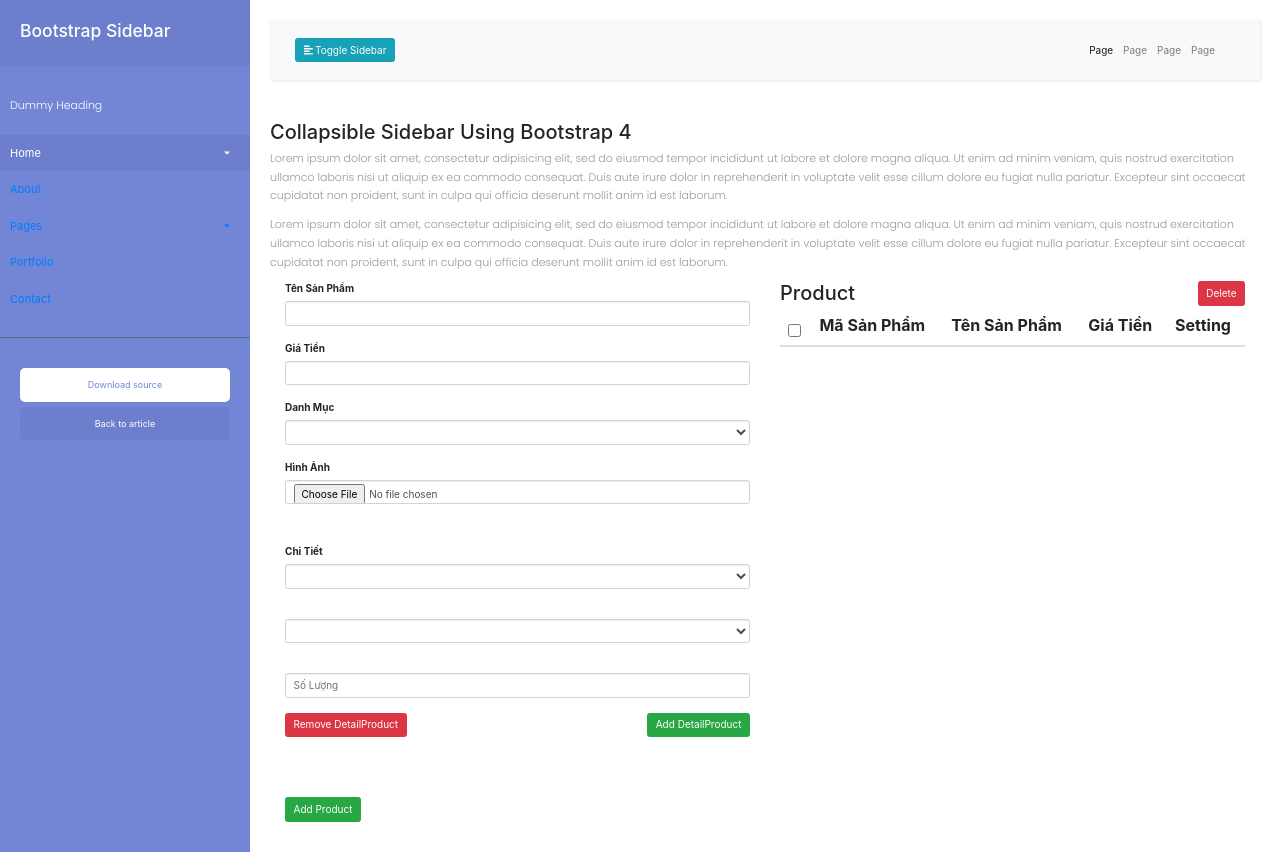
Repository: tiendungnguyen738/shoponline
Page: http://localhost/shoponline/WEB-INF/views/Product_Admin.jsp
The author's editor kept a copy of each file at every save. The page is drawn from the files as they stood at one save, then again after the next save.
The browser window is 1280 px wide. The pictures show the whole page.
Some web libraries are served in a nearby version. The page is served by Tomcat 9. Nobody is signed in. Other server files are loaded and not shown. The template is opened directly, without the code that normally fills it, so the values that code supplies are empty.

Above is the page before, as saved 2019-09-24 13:22:54.

### shoponline/src/main/webapp/WEB-INF/views/Product_Admin.jsp
<%@ taglib prefix="c" uri="http://java.sun.com/jsp/jstl/core" %>
<%@ page contentType="text/html;charset=UTF-8" language="java" %>

<html>
<head>
    <title>Product-Manage</title>
    <meta charset="utf-8">
    <link rel="stylesheet" href="https://maxcdn.bootstrapcdn.com/bootstrap/3.4.0/css/bootstrap.min.css">
   	<link rel="stylesheet" href="<c:url value='/resources/admin/product-admin.css'/>"/>
   	<link rel="stylesheet" href="<c:url value='/resources/admin/style.css'/>"/>

   	<meta name="viewport" content="width=device-width, initial-scale=1.0">
    <meta http-equiv="X-UA-Compatible" content="IE=edge">

    <link rel="stylesheet" href="https://stackpath.bootstrapcdn.com/bootstrap/4.1.0/css/bootstrap.min.css" integrity="sha384-9gVQ4dYFwwWSjIDZnLEWnxCjeSWFphJiwGPXr1jddIhOegiu1FwO5qRGvFXOdJZ4" crossorigin="anonymous">
    <script defer src="https://use.fontawesome.com/releases/v5.0.13/js/solid.js" integrity="sha384-tzzSw1/Vo+0N5UhStP3bvwWPq+uvzCMfrN1fEFe+xBmv1C/AtVX5K0uZtmcHitFZ" crossorigin="anonymous"></script>
    <script defer src="https://use.fontawesome.com/releases/v5.0.13/js/fontawesome.js" integrity="sha384-6OIrr52G08NpOFSZdxxz1xdNSndlD4vdcf/q2myIUVO0VsqaGHJsB0RaBE01VTOY" crossorigin="anonymous"></script>

</head>
<body>
    <div class="wrapper">
			<nav id="sidebar">
            <div class="sidebar-header">
                <h3>Bootstrap Sidebar</h3>
            </div>

            <ul class="list-unstyled components">
                <p>Dummy Heading</p>
                <li class="active">
                    <a href="#homeSubmenu" data-toggle="collapse" aria-expanded="false" class="dropdown-toggle">Home</a>
                    <ul class="collapse list-unstyled" id="homeSubmenu">
                        <li>
                            <a href="#">Home 1</a>
                        </li>
                        <li>
                            <a href="#">Home 2</a>
                        </li>
                        <li>
                            <a href="#">Home 3</a>
                        </li>
                    </ul>
                </li>
                <li>
                    <a href="#">About</a>
                </li>
                <li>
                    <a href="#pageSubmenu" data-toggle="collapse" aria-expanded="false" class="dropdown-toggle">Pages</a>
                    <ul class="collapse list-unstyled" id="pageSubmenu">
                        <li>
                            <a href="#">Page 1</a>
                        </li>
                        <li>
                            <a href="#">Page 2</a>
                        </li>
                        <li>
                            <a href="#">Page 3</a>
                        </li>
                    </ul>
                </li>
                <li>
                    <a href="#">Portfolio</a>
                </li>
                <li>
                    <a href="#">Contact</a>
                </li>
            </ul>

            <ul class="list-unstyled CTAs">
                <li>
                    <a href="https://bootstrapious.com/tutorial/files/sidebar.zip" class="download">Download source</a>
                </li>
                <li>
                    <a href="https://bootstrapious.com/p/bootstrap-sidebar" class="article">Back to article</a>
                </li>
            </ul>
        </nav>
            <div id="content">

            <nav class="navbar navbar-expand-lg navbar-light bg-light">
                <div class="container-fluid">

                    <button type="button" id="sidebarCollapse" class="btn btn-info">
                        <i class="fas fa-align-left"></i>
                        <span>Toggle Sidebar</span>
                    </button>
                    <button class="btn btn-dark d-inline-block d-lg-none ml-auto" type="button" data-toggle="collapse" data-target="#navbarSupportedContent" aria-controls="navbarSupportedContent" aria-expanded="false" aria-label="Toggle navigation">
                        <i class="fas fa-align-justify"></i>
                    </button>

                    <div class="collapse navbar-collapse" id="navbarSupportedContent">
                        <ul class="nav navbar-nav ml-auto">
                            <li class="nav-item active">
                                <a class="nav-link" href="#">Page</a>
                            </li>
                            <li class="nav-item">
                                <a class="nav-link" href="#">Page</a>
                            </li>
                            <li class="nav-item">
                                <a class="nav-link" href="#">Page</a>
                            </li>
                            <li class="nav-item">
                                <a class="nav-link" href="#">Page</a>
                            </li>
                        </ul>
                    </div>
                </div>
            </nav>

            <h2>Collapsible Sidebar Using Bootstrap 4</h2>
            <p>Lorem ipsum dolor sit amet, consectetur adipisicing elit, sed do eiusmod tempor incididunt ut labore et dolore magna aliqua. Ut enim ad minim veniam, quis nostrud exercitation ullamco laboris nisi ut aliquip ex ea commodo consequat. Duis aute irure dolor in reprehenderit in voluptate velit esse cillum dolore eu fugiat nulla pariatur. Excepteur sint occaecat cupidatat non proident, sunt in culpa qui officia deserunt mollit anim id est laborum.</p>
            <p>Lorem ipsum dolor sit amet, consectetur adipisicing elit, sed do eiusmod tempor incididunt ut labore et dolore magna aliqua. Ut enim ad minim veniam, quis nostrud exercitation ullamco laboris nisi ut aliquip ex ea commodo consequat. Duis aute irure dolor in reprehenderit in voluptate velit esse cillum dolore eu fugiat nulla pariatur. Excepteur sint occaecat cupidatat non proident, sunt in culpa qui officia deserunt mollit anim id est laborum.</p>


            <div class="col-md-6 col-sm-12 form-group">
                <form id="form-sanpham">
                    <label>Tên Sản Phẩm</label>
                    <input type="text" class="form-control" id="tenSanPham" name="tenSanPham"></br>

                    <label>Giá Tiền</label>
                    <input type="text" class="form-control" id="giaTien" name="giaTien"></br>

                    <label for="danhmucsanpham">Danh Mục</label><br>
                    <select id="danhmucsanpham" name="danhmucsanpham" class="form-control">
                       <c:forEach items="${categoryList}" var="categoryList">
                            <option value="${categoryList.category_id}">${categoryList.category_name}</option>
                        </c:forEach>
                    </select><br/>

                    <label>Hình Ảnh</label>
                    <input type="file" class="form-control" id="uploadhinhanh" name="uploadhinhanh"></br>
					<br/>
                </form>
                    <div id="containerChitietsanpham">

                        <div class="chitietsanpham">
                            <label>Chi Tiết</label></br>

                            <select name="size" class="form-control">
                                 <c:forEach items="${sizeList}" var="sizeList">
                                    <option value="${sizeList.id}">${sizeList.sizeName}</option>
                                </c:forEach>
                            </select></br></br>

                            <select name="mau" class="form-control">
                                 <c:forEach items="${colorList}" var="colorList">
                                    <option value="${colorList.id}">${colorList.colorName}</option>
                                </c:forEach>
                            </select></br></br>

                            <input type="number" name="soluong" class="form-control" placeholder="Số Lượng"/></br>
                            <button type="button" class="btn btn-danger btn-remove" style="display: inline;">Remove DetailProduct</button>
                            <button type="button" class="btn btn-success btn-detail" style="float:right;display: inline;">Add DetailProduct</button></br>
                        </div></br></br>
                    </div>

                        <div class="chitietsanpham" id="idChiTietSanPham">
                            <label>Chi Tiết</label></br>

                            <select name="size" class="form-control" id="size1">
                                <c:forEach items="${sizeList}" var="sizeList">
                                    <option value="${sizeList.id}">${sizeList.sizeName}</option>
                                </c:forEach>
                            </select></br></br>

                            <select name="mau" class="form-control" id="mau1">
                                 <c:forEach items="${colorList}" var="colorList">
                                    <option value="${colorList.id}">${colorList.colorName}</option>
                                </c:forEach>
                            </select></br></br>

                            <input type="number" name="soluong" id="soLuong1" class="form-control" placeholder="Số Lượng"/></br>
                            <button type="button" class="btn btn-danger btn-remove" style="display: inline;">Remove DetailProduct</button>
                            <button type="button" class="btn btn-success btn-detail" style="float:right;display: inline;">Add DetailProduct</button></br><br/>
                            <button type="button" class="btn btn-dark" id="cancel">Cancel</button>
                            <button type="button" class="btn btn-primary capNhatSanPham" id="capNhatSanPham">Update Product</button>
                        </div></br></br>
                    <button id="btn-themSanPham" type="button" class="btn btn-success">Add Product</button>

            </div>
	        <div class="col-md-6 col-sm-12">
	            <div>
	                <h2 style="display: inline;">Product</h2>
	                <button type="button" class="btn btn-danger" id="button-delete" style="float:right;display: inline;">Delete</button>
	            </div>
	            <table class="table table-hover" id="table-product">
	                <thead>
	                <tr>
	                    <th><input type="checkbox" class="AllCheckBox" id="allBox"></th>
	                    <th>Mã Sản Phẩm</th>
	                    <th>Tên Sản Phẩm</th>
	                    <th>Giá Tiền</th>
	                    <th>Setting</th>
	                </tr>
	                </thead>
	                <tbody>
		             	<c:forEach items="${productList1}" var="pro">
		                    <tr>
		                        <td><input type="checkbox" value="${pro.id}" name="sport"/></td>
		                        <td>${pro.id}</td>
		                        <td>${pro.productName}</td>
		                        <td>${pro.price}</td>
		                        <td><button type="button" class="btn btn-warning" value="${pro.id}" id="editProduct">Edit</button></td>
		                    </tr>
		                </c:forEach>
	                </tbody>
	            </table>
	            <ul style="display: inline;list-style-type: none;" class="pagination">
	                <c:forEach begin="1" end="${tongSoTrang}" var="trangThu">
	                     <li style="display: inline;margin-left: -6%;" class="page-item">
	                         <a href="/shoponline/admin-product/${trangThu}" class="page" style="padding: 7px 10px;border-radius: 5px; border:1px blue solid;"><c:out value="${trangThu}"/></a>
	                     </li>
	                </c:forEach>
	            </ul>
	        </div>


        </div>
        </div>

    <script src="https://code.jquery.com/jquery-3.3.1.slim.min.js" integrity="sha384-q8i/X+965DzO0rT7abK41JStQIAqVgRVzpbzo5smXKp4YfRvH+8abtTE1Pi6jizo" crossorigin="anonymous"></script>
    <!-- Popper.JS -->
    <script src="https://cdnjs.cloudflare.com/ajax/libs/popper.js/1.14.0/umd/popper.min.js" integrity="sha384-cs/chFZiN24E4KMATLdqdvsezGxaGsi4hLGOzlXwp5UZB1LY//20VyM2taTB4QvJ" crossorigin="anonymous"></script>
    <!-- Bootstrap JS -->
    <script src="https://stackpath.bootstrapcdn.com/bootstrap/4.1.0/js/bootstrap.min.js" integrity="sha384-uefMccjFJAIv6A+rW+L4AHf99KvxDjWSu1z9VI8SKNVmz4sk7buKt/6v9KI65qnm" crossorigin="anonymous"></script>

    <script type="text/javascript">
        $(document).ready(function () {
            $('#sidebarCollapse').on('click', function () {
                $('#sidebar').toggleClass('active');
            });
        });
    </script>
</body>

<script src="http://code.jquery.com/jquery-1.9.1.js"></script>
<script src="http://malsup.github.com/jquery.form.js"></script>
<script type="text/javascript" src="<c:url value='/resources/js/productManage.js'/>"></script>

</html>

### shoponline/src/main/webapp/resources/admin/product-admin.css
#idChiTietSanPham{
	 display:none;
}

### shoponline/src/main/webapp/resources/js/productManage.js
$(document).ready(function(){
	var idProduct = 0;
    var files= [];
	var nameImage = "";
	$("#uploadhinhanh").change(function(event){
		 files = event.target.files;
	       nameImage = files[0].name;
	       var forms = new FormData();
	       forms.append("file",files[0]);
	       $.ajax({
	           url:"/shoponline/api-product-manage/upload-image",
	           type:"POST",
	           data:forms,
	           processData: false,
	           contentType: false,
	           enctype:"multipart/form-data",
	           success:function(value){
	               alert("upload thanh cong");
	           }
	       })
	})

	$("body").on("click",".btn-detail",function(){
		var This = $("#idChiTietSanPham").clone();
		This.removeAttr("id");
		This.appendTo($("#containerChitietsanpham"));
	})

	$("body").delegate(".btn-remove","click",function(){
		this.closest(".chitietsanpham").remove();
	})

	$("body").on("click","#btn-themSanPham",function(){
		var productForm = {};
		var productDetail =[];

		var form  = $("#form-sanpham").serializeArray();
		$.each(form, function(i, field){
		   productForm[field.name] = field.value;
		  });

		$("#containerChitietsanpham > .chitietsanpham").each(function(){
			objectChiTiet = {};
            mauSanPham = $(this).find('select[name="mau"]').val();
            sizeSanPham = $(this).find('select[name="size"]').val();
            soLuong = $(this).find('input[name="soluong"]').val();

            objectChiTiet["mauSanPham"] = mauSanPham;
            objectChiTiet["sizeSanPham"] = sizeSanPham;
            objectChiTiet["soLuong"] = soLuong;

            productDetail.push(objectChiTiet);
		});

		productForm["productDetail"] = productDetail;
		productForm["nameImage"] = nameImage;
		var formInfor = JSON.stringify(productForm);
		console.log(formInfor);
		$.ajax({
			 url:"/shoponline/api-product-manage/add-product",
			 type:"POST",
			 data:{
				 formInfor:formInfor
			 },
			 success:function(value){
				 alert("add success");
			 }

		})
	})

	$("body").on("click","#editProduct",function(){
        $("#btn-themSanPham").addClass("hide");
        $("#uploadhinhanh").prop('readonly', true);
		idProduct = $(this).closest("tr").find("input[name='sport']").val();
		$.ajax({
			url:"/shoponline/api-product-manage/edit-product",
			type:"POST",
			data:{
				idProduct:idProduct
			},
			success:function(value){
				   $("#tenSanPham").val(value.productName);
	               $("#giaTien").val(value.price);
	               $("#danhmucsanpham").val(value.category.category_id);

	               $("#containerChitietsanpham").html("");

	               for( i in value.productsDetail){
	                   var chitietsanpham = $("#idChiTietSanPham").clone().removeAttr("id");
	                   chitietsanpham.find("#mau1").val(value.productsDetail[i].color.id);
	                   chitietsanpham.find("#size1").val(value.productsDetail[i].size.id);
	                   chitietsanpham.find("#soLuong1").val(value.productsDetail[i].soLuong);
	                   $("#containerChitietsanpham").append(chitietsanpham);
	               }
	               $("#cancel").removeClass("hide");
	               $("#capNhatSanPham").removeClass("hide");
			}
		})
	})

	$("body").on("click","#cancel",function(){
       $("#btn-themSanPham").removeClass("hide");
       $(this).addClass("hide");
       $("#capNhatSanPham").addClass("hide");
   })

	$("#allBox").change(function(){
       if(this.checked){
           $("#table-product input").each(function () {
                $(this).prop("checked",true);
           })
       }else {
           $("#table-product input").each(function () {
               $(this).prop("checked",false);
           })
       }
   })

   $("#button-delete").click(function(){
	   var idProduct;
	   $("#table-product input[name='sport']:checked").each(function () {
		   idProduct = $(this).val();
		   var This = $(this);
		   $.ajax({
			   url:"/shoponline/api-product-manage/delete-product",
			   type:"POST",
			   data:{
				   idProduct:idProduct
			   },
			   success:function(value){
				   alert("delete success !!!");
				   This.closest("tr").remove();
			   }
		   })
      })
   })

	$("body").on("click","#capNhatSanPham",function(){
		var formData = $("#form-sanpham").serializeArray();
        json = {};
        arrayChiTiet = [];
        $("#containerChitietsanpham > .chitietsanpham").each(function(){
            objectChiTiet = {};
            mauSanPham = $(this).find('select[name="mau"]').val();
            sizeSanPham = $(this).find('select[name="size"]').val();
            soLuong = $(this).find('input[name="soluong"]').val();

            objectChiTiet["mauSanPham"] = mauSanPham;
            objectChiTiet["sizeSanPham"] = sizeSanPham;
            objectChiTiet["soLuong"] = soLuong;

            arrayChiTiet.push(objectChiTiet);
        })

        $.each(formData,function(i,field){
            json[field.name] = field.value;
        })
        json["chiTietSanPham"] = arrayChiTiet;
        json["idProduct"] = idProduct;
        $.ajax({
            url:"/shoponline/api-product-manage/capNhapSanPham",
            type:"POST",
            data:{
                dataJson:JSON.stringify(json)
            },
            success:function(value){
                alert("update product success");
            }
        })
	})


})

Loaded but not shown: shoponline/src/main/webapp/resources/admin/style.css (common file)

After the next save:
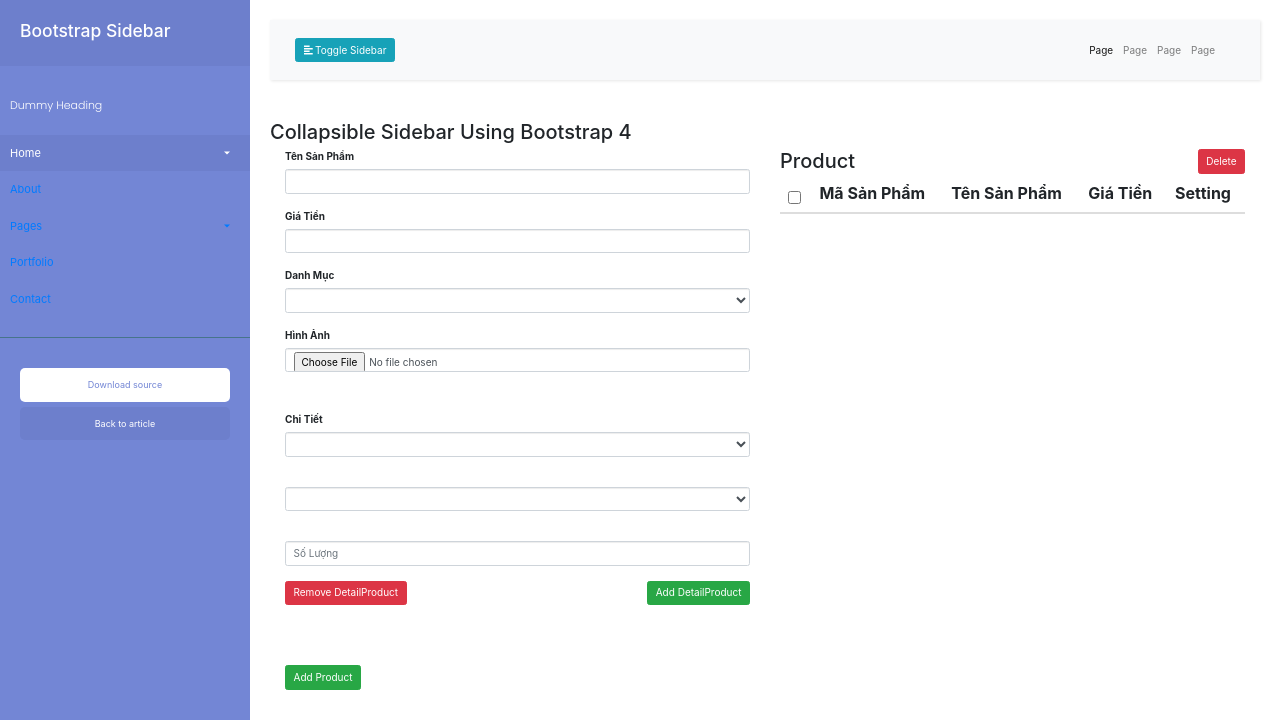
Saved 24 s later.
--- a/shoponline/src/main/webapp/WEB-INF/views/Product_Admin.jsp
+++ b/shoponline/src/main/webapp/WEB-INF/views/Product_Admin.jsp
@@ -107,10 +107,6 @@
             </nav>
 
             <h2>Collapsible Sidebar Using Bootstrap 4</h2>
-            <p>Lorem ipsum dolor sit amet, consectetur adipisicing elit, sed do eiusmod tempor incididunt ut labore et dolore magna aliqua. Ut enim ad minim veniam, quis nostrud exercitation ullamco laboris nisi ut aliquip ex ea commodo consequat. Duis aute irure dolor in reprehenderit in voluptate velit esse cillum dolore eu fugiat nulla pariatur. Excepteur sint occaecat cupidatat non proident, sunt in culpa qui officia deserunt mollit anim id est laborum.</p>
-            <p>Lorem ipsum dolor sit amet, consectetur adipisicing elit, sed do eiusmod tempor incididunt ut labore et dolore magna aliqua. Ut enim ad minim veniam, quis nostrud exercitation ullamco laboris nisi ut aliquip ex ea commodo consequat. Duis aute irure dolor in reprehenderit in voluptate velit esse cillum dolore eu fugiat nulla pariatur. Excepteur sint occaecat cupidatat non proident, sunt in culpa qui officia deserunt mollit anim id est laborum.</p>
-
-
             <div class="col-md-6 col-sm-12 form-group">
                 <form id="form-sanpham">
                     <label>Tên Sản Phẩm</label>
